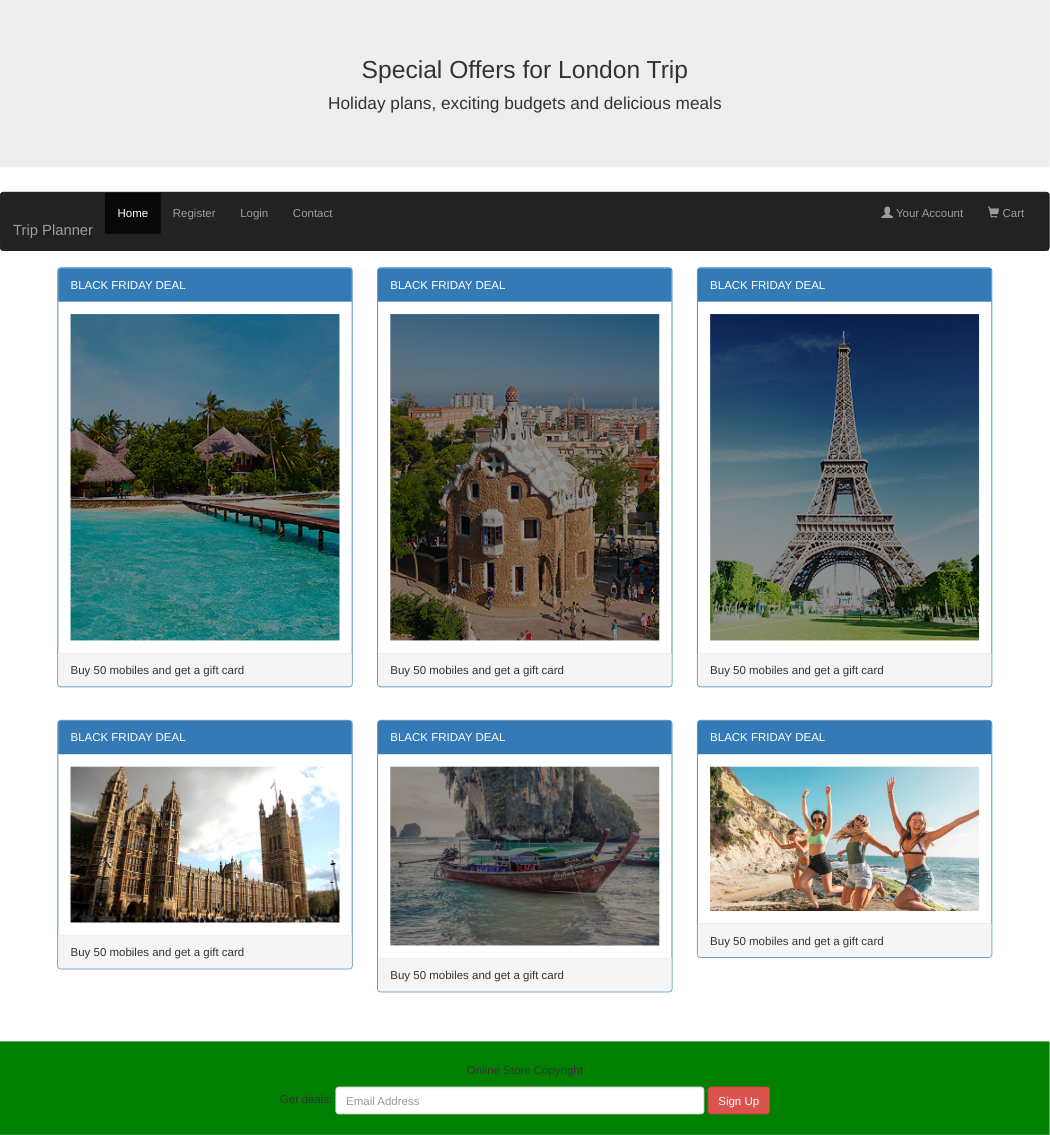
Repository: NanSin21/Mytourism-Website
Page: http://localhost/toursandtravelsmanagement/london.jsp
These files come from the project's save history. The page is drawn as it stood at one moment and after the next save; the edit follows.
The browser window is 1280 px wide. The pictures show the whole page, at 82% of full size.
The page is served by Tomcat 9.

Above is the page before, as saved 2018-07-20 08:31:26.

After the next save:
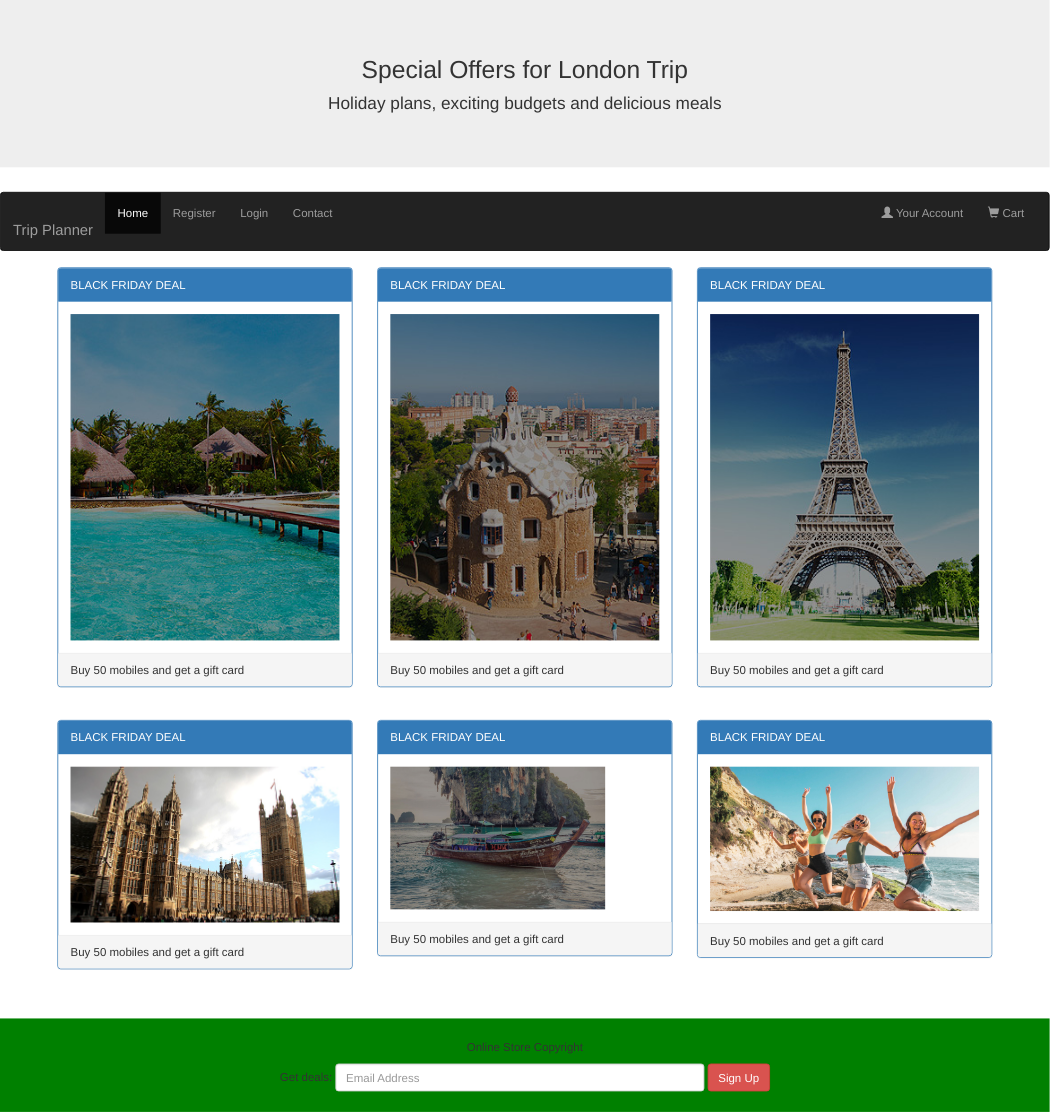
Saved 42 s later.
--- a/toursandtravelsmanagement/WebContent/london.jsp
+++ b/toursandtravelsmanagement/WebContent/london.jsp
@@ -97,7 +97,7 @@
     <div class="col-sm-4">
       <div class="panel panel-primary">
         <div class="panel-heading">BLACK FRIDAY DEAL</div>
-        <div class="panel-body"><img src="images/2.jpg" class="img-responsive" style="width:100%; height: auto;" alt="Image"></div>
+        <div class="panel-body"><img src="images/2.jpg" class="img-responsive" style="width:80%" alt="Image"></div>
         <div class="panel-footer">Buy 50 mobiles and get a gift card</div>
       </div>
     </div>
